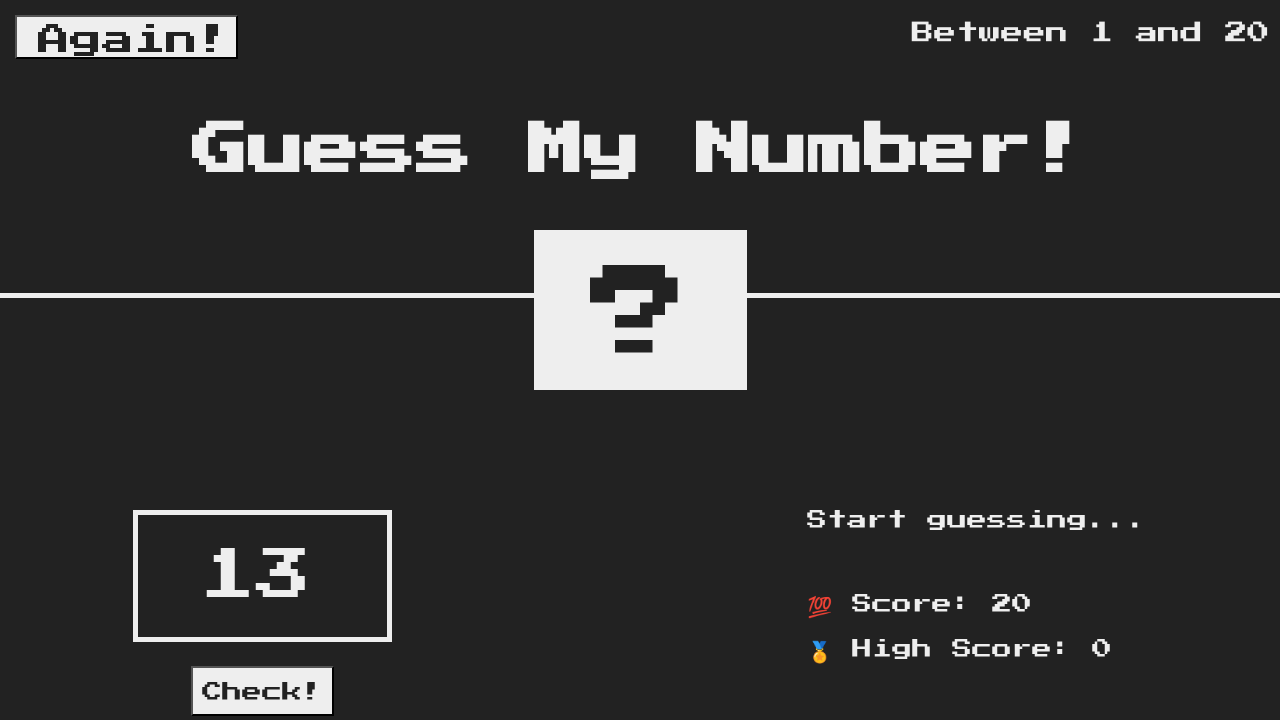
Repository: Aaryan-Poria/guess-the-number
Page: index.html
An editor plug-in stored every save of this project. The page is shown before and after the next save, followed by the edit.
The browser window is 1280 px wide. The pictures show the whole page.

Above is the page before, as saved 2023-08-18 22:12:49.

### index.html
<!DOCTYPE html>
<html lang="en">
  <head>
    <link rel="preconnect" href="https://fonts.googleapis.com" />
    <link rel="preconnect" href="https://fonts.gstatic.com" crossorigin />
    <link
      href="https://fonts.googleapis.com/css2?family=Press+Start+2P&display=swap"
      rel="stylesheet"
    />

    <meta charset="UTF-8" />
    <meta name="viewport" content="width=device-width, initial-scale=1.0" />
    <title>Guess My Number Game</title>
    <link rel="stylesheet" href="style.css" />
  </head>
  <body>
    <section class="page-top">
      <div class="header">
        <button class="btn again">Again!</button>
        <p class="between">Between 1 and 20</p>
      </div>
      <h3 class="guessText">Guess My Number!</h3>
    </section>
    <p class="number">?</p>
    <section class="page-bottom">
      <div class="interact">
        <label for="userInput">
          <input type="number" name="userInput" id="userInput" />
        </label>
        <button class="check">Check!</button>
      </div>
      <div class="text">
        <p class="startGuessing">Start guessing...</p>
        <p class="score">💯 Score: 20</p>
        <p class="highScore">🏅 High Score: 0</p>
      </div>
    </section>
    <script src="script.js"></script>
  </body>
</html>

### style.css
* {
  background-color: rgb(34, 34, 34);
  color: #eee;
  font-family: "Press Start 2P", cursive;
}

body {
  margin: 0;
  padding: 0;
  display: flex;
  flex-direction: column;
}
section.page-top {
  display: flex;
  flex-direction: column;
  justify-content: center;
  align-items: center;
  /* flex-grow: 1; */
  /* flex-shrink: 1; */
  flex-basis: 100%;
  border-bottom: 5px solid #eee;
  margin-bottom: -168px;
  padding-bottom: 58px;
}
div.header {
  display: flex;
  justify-content: space-between;
  align-items: flex-start;
  width: 100%;
}
.again {
  font-size: 2rem;
  padding-top: 7px;
  padding-left: 21px;
  background-color: #eee;
  color: rgb(34, 34, 34);
  display: flex;
  justify-content: center;
  align-items: center;
  margin-top: 15px;
  margin-left: 15px;
}
.between {
  display: flex;
  font-size: 1.4rem;
  padding-right: 10px;
  justify-content: center;
  align-items: center;
}
.guessText {
  font-size: 3.5rem;
}
p.number {
  color: rgb(34, 34, 34);
  background-color: #eee;
  display: flex;
  width: 213px;
  height: 150px;
  align-self: center;
  justify-content: center;
  align-items: center;
  font-size: 100px;
  padding-top: 10px;
}
section.page-bottom {
  display: flex;
  justify-content: space-around;
  align-items: flex-start;
  margin-top: 20px;
}
.interact {
  display: flex;
  flex-direction: column;
}
#userInput {
  border: 5px solid #eee;
  height: 120px;
  font-size: 3.5rem;
  width: 245px;
  text-indent: 60px;
}
.check {
  display: flex;
  font-size: 20px;
  background-color: #eee;
  color: rgb(34, 34, 34);
  width: 143px;
  height: 50px;
  margin-top: 24px;
  justify-content: center;
  align-self: center;
  padding-top: 14px;
}
.text {
  display: flex;
  flex-direction: column;
  font-size: 20px;
  margin-left: 150px;
}
.startGuessing {
  margin-top: 0px;
  padding-top: 0px;
}
.score {
  margin-top: 44px;
}
.highScore {
  margin-top: 0px;
}

### script.js
"use strict";

function generateRandomNumber() {
  return Math.trunc(Math.random() * 20) + 1;
}

const message = document.querySelector(".startGuessing").textContent;
let userInput = document.querySelector("#userInput").value;

let score = 20;
let highscore = 0;

const hiddenNumber = generateRandomNumber();

document.querySelector("#userInput").value = 13;
console.log(document.querySelector("#userInput").value);

After the next save:
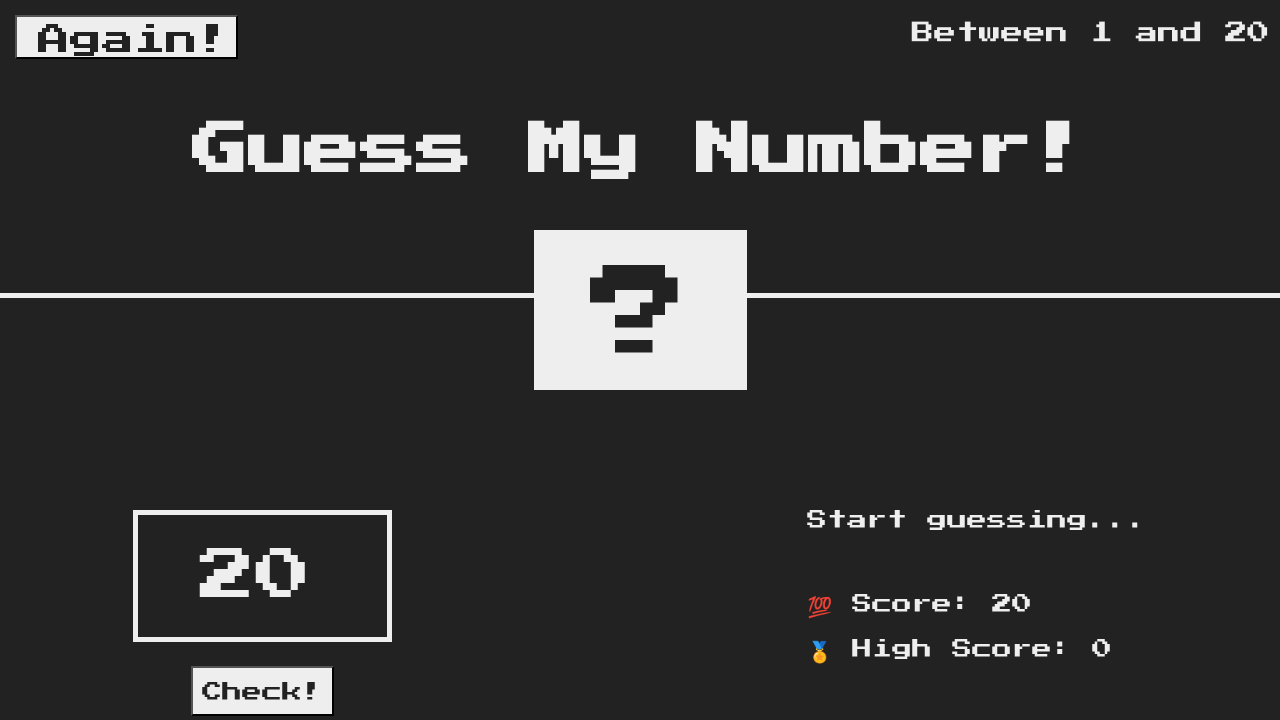
Saved 15 s later.
--- a/script.js
+++ b/script.js
@@ -12,5 +12,5 @@ let highscore = 0;
 
 const hiddenNumber = generateRandomNumber();
 
-document.querySelector("#userInput").value = 13;
+document.querySelector("#userInput").value = 20;
 console.log(document.querySelector("#userInput").value);
